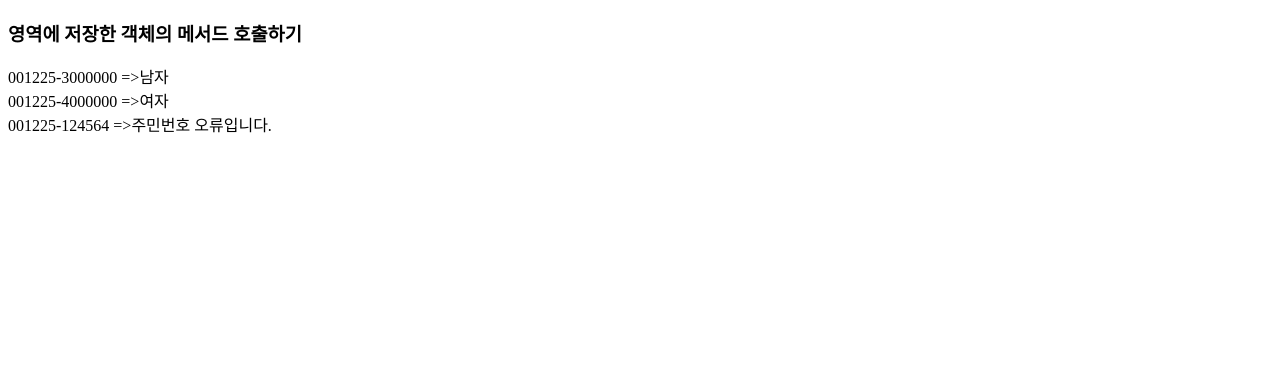
Repository: hyojinx/JspStudy
Page: http://localhost/jspstudy/10EL/CallMethod.jsp
An editor plug-in stored every save of this project. The page is shown before and after the next save, followed by the edit.
The browser window is 1280 px wide. The pictures show the whole page.
The page is served by Tomcat 9.

Above is the page before, as saved 2023-04-07 09:13:50.

After the next save:
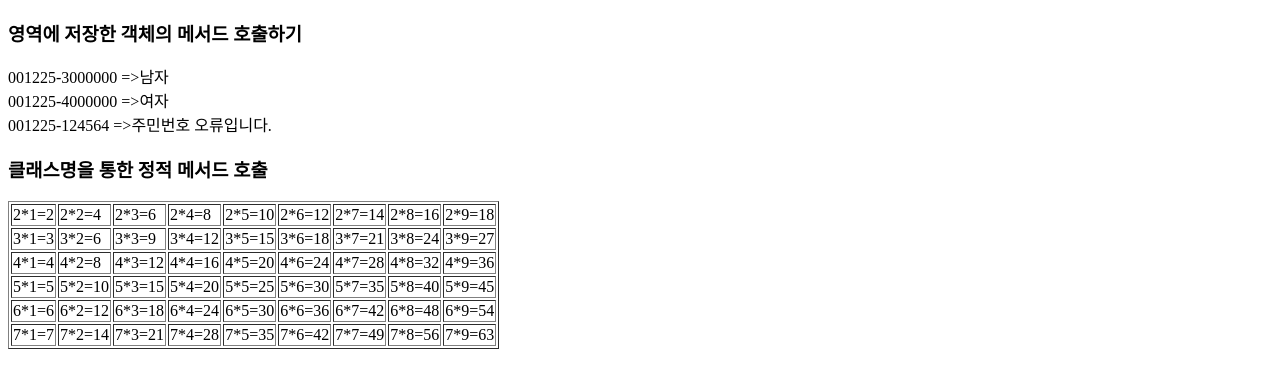
Saved 67 s later.
--- a/jspstudy/src/main/webapp/10EL/CallMethod.jsp
+++ b/jspstudy/src/main/webapp/10EL/CallMethod.jsp
@@ -16,5 +16,9 @@
 	001225-3000000 =>${util.getGender("001225-3000000")}<br>
 	001225-4000000 =>${util.getGender("001225-2000000")}<br>
 	001225-124564  =>${util.getGender("001225-124564")}<br>
+
+	<h3>클래스명을 통한 정적 메서드 호출</h3>
+	${ELUtils.showGugudan(7)}
+
 </body>
 </html>
